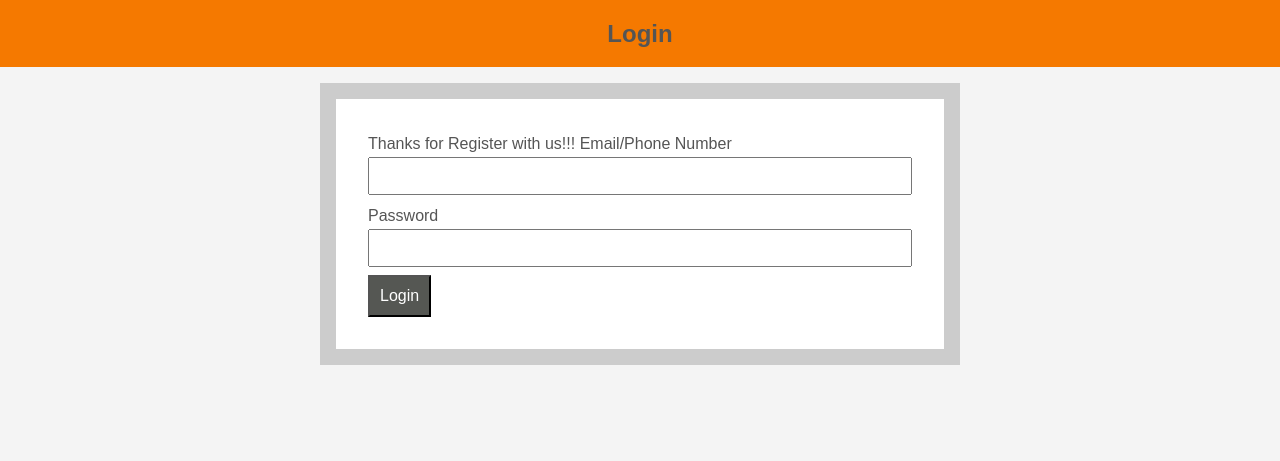
Repository: Kutty39/WebApps
Page: http://localhost/WebPageApp1/login.jsp
These files come from the project's save history. The page is drawn as it stood at one moment and after the next save; the edit follows.
The browser window is 1280 px wide. The pictures show the whole page.
The page is served by Tomcat 9.

Above is the page before, as saved 2019-12-07 04:06:38.

After the next save:
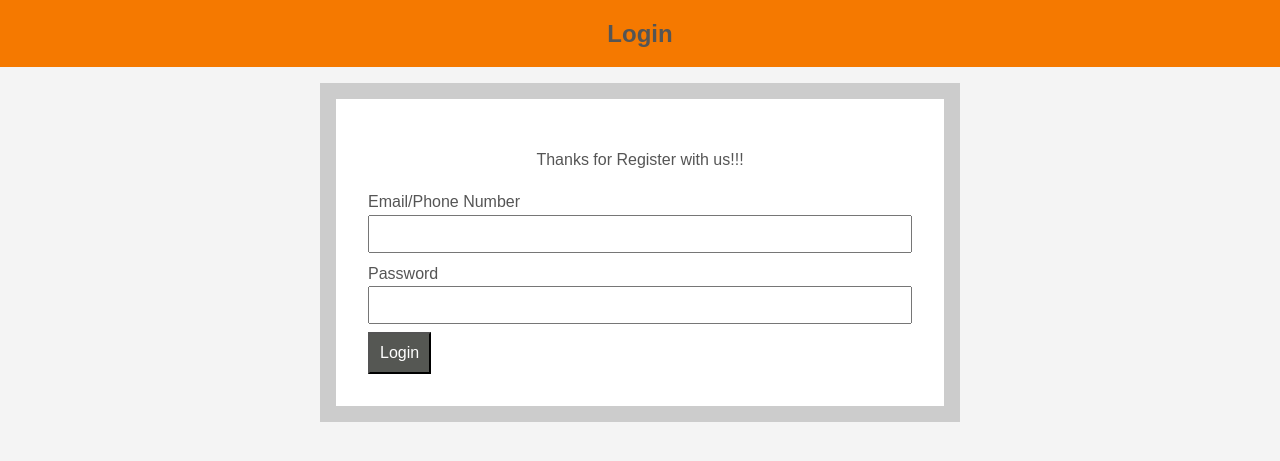
Saved 20 s later.
--- a/LoginRegistrationPage/WebPageApp1/src/main/webapp/login.jsp
+++ b/LoginRegistrationPage/WebPageApp1/src/main/webapp/login.jsp
@@ -21,8 +21,8 @@
 
 		<form action="post" class="my-form">
 			<div class="form-group">
-				<label id="successmsg" style="text-align: center;">Thanks
-					for Register with us!!!</label> <label>Email/Phone Number</label> <input
+				<p id="successmsg" style="text-align: center;">Thanks
+					for Register with us!!!</p> <label>Email/Phone Number</label> <input
 					type="text" name="username" value=<%=emailID %>>
 			</div>
 			<div class="form-group">
